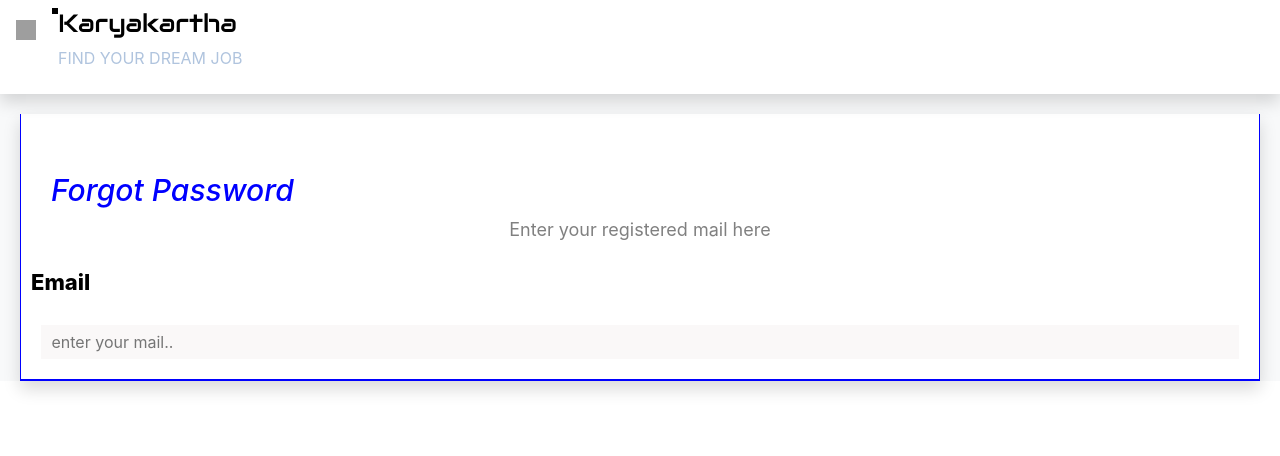
Repository: siri548/Karyakartha
Page: forgotPage.html
The author's editor kept a copy of each file at every save. The page is drawn from the files as they stood at one save, then again after a run of saves.
The browser window is 1280 px wide. The pictures show the whole page.
Pictures or frames that could not be fetched are drawn as grey boxes.

Above is the page before, as saved 2023-11-04 17:50:17.
Console error (its wording comes from the project's code and is left out).

### forgotPage.html
<!DOCTYPE html>
<html lang="en">

<head>
    <meta charset="UTF-8">
    <meta name="viewport" content="width=device-width, initial-scale=1.0">
    <link rel="stylesheet" href="https://cdn.jsdelivr.net/npm/bootstrap@4.6.2/dist/css/bootstrap.min.css">
    <link rel="stylesheet" href="https://cdnjs.cloudflare.com/ajax/libs/font-awesome/6.4.0/css/all.min.css">

    <script src="https://cdn.jsdelivr.net/npm/bootstrap@4.6.2/dist/js/bootstrap.bundle.min.js" integrity="sha384-Fy6S3B9q64WdZWQUiU+q4/2Lc9npb8tCaSX9FK7E8HnRr0Jz8D6OP9dO5Vg3Q9ct" crossorigin="anonymous"></script>
    <script src="https://cdn.jsdelivr.net/npm/jquery@3.5.1/dist/jquery.slim.min.js" integrity="sha384-DfXdz2htPH0lsSSs5nCTpuj/zy4C+OGpamoFVy38MVBnE+IbbVYUew+OrCXaRkfj" crossorigin="anonymous"></script>
    <script src="https://cdn.jsdelivr.net/npm/popper.js@1.16.1/dist/umd/popper.min.js" integrity="sha384-9/reFTGAW83EW2RDu2S0VKaIzap3H66lZH81PoYlFhbGU+6BZp6G7niu735Sk7lN" crossorigin="anonymous"></script>

    <link rel="stylesheet" href="https://fonts.googleapis.com/css?family=Audiowide">

    <link rel="stylesheet" text="css/text" href="forgotPage.css">
</head>

<body>
    <div class="bg-forgotPage bg-light">
        <nav class="navbar navbar-expand-lg navbar-light bg-white shadow">
            <div class="d-flex flex-row justify-content-between">
                <div>
                    <a class=" navbar-brand " href="# ">
                        <i class="outer-icon bi bi-search ">
                      <img src = "D:\icons\trend.png " class = "inner-icon " />
                            </i>
                    </a>
                </div>
                <div class="forgotPage-verticlelineBrandname">
                </div>
                <div>
                    <h1 class="karykartaname">Karyakartha </h1>
                    <p class="karyakartha-tagline">FIND YOUR DREAM JOB</p>
                </div>
            </div> <button class=" navbar-toggler " type="button " data-toggle="collapse " data-target="#navbarNavAltMarkup " aria-controls="navbarNavAltMarkup " aria-expanded="false " aria-label="Toggle navigation ">
                    <span class="navbar-toggler-icon "></span>
                    </button>
            <div class="collapse navbar-collapse " id="navbarNavAltMarkup ">
                <div class="navbar-nav ml-auto ">
                    <a class="nav-link active " href="# ">
                        <span class="sr-only "></span>
                    </a>
                    <a class="nav-link " href="# "></a>
                    <a class="nav-link " href="# "></a>
                    <a class="nav-link " href="# "></a>
                </div>
            </div>
        </nav>
        <div class="forgotPage-card shadow">
            <div class="text-right ">

                <i class="forgotPage-closeIcon bi bi-x"></i>
            </div>

            <h1 class="forgotHeading ">Forgot Password</h1>
            <div class="text-center">
                <p class="forgotPage-para">Enter your registered mail here</p>
            </div>
            <div>
                <h1 class="forgotPage-emailHeading ">Email</h1>
            </div>
            <div class="forgotPage-inputContainer">
                <input type="text " placeholder=" enter your mail.." class="forgotPage-input">
                <div class="text-right "><i class="forgotPage-envelopeIcon bi bi-envelope-fill"></i>
                </div>
            </div>




</body>

</html>

### forgotPage.css
.bg-forgotpage {
    background-color: lightgrey;
}

.outer-icon {
    color: blue;
    width: 20px;
    height: 20px;
    background-size: cover;
}

.inner-icon {
    color: blue;
    font-size: 20px;
    width: 20px;
    height: 20px;
}

.forgotPage-verticlelineBrandname {
    width: 1px;
    height: 100%;
    background-color: black;
    padding: 3px;
}

.karykartaname {
    font-size: 25px;
    color: black;
    font-family: "Audiowide", sans-serif;
}

.forgotPage-card {
    background-color: white;
    border-color: blue;
    border-top: 0px;
    border-right: 1px solid blue;
    border-left: 1px solid blue;
    border-bottom: 2px solid blue;
    margin: 20px;
}

.forgotPage-closeIcon {
    color: black;
    font-size: 25px;
    padding-right: 10px;
}

.forgotHeading {
    color: blue;
    font-size: 30px;
    padding-left: 30px;
    padding-top: 20px;
    font-style: italic;
}

.karyakartha-tagline {
    color: lightsteelblue;
    font-size: 16px;
}

.forgotPage-para {
    color: grey;
    font-size: 18px;
}

.forgotPage-emailHeading {
    color: black;
    font-weight: 800;
    font-size: 22px;
    padding: 10px;
}

.forgotPage-envelopeIcon {
    color: rgb(29, 20, 20);
    font-size: 18px;
}

.forgotPage-inputContainer {
    background-color: rgb(250, 248, 248);
    padding: 4px;
    margin: 20px;
}

.forgotPage-input {
    background-color: rgb(250, 248, 248);
    border-width: 0px;
}

After the next 4 saves:
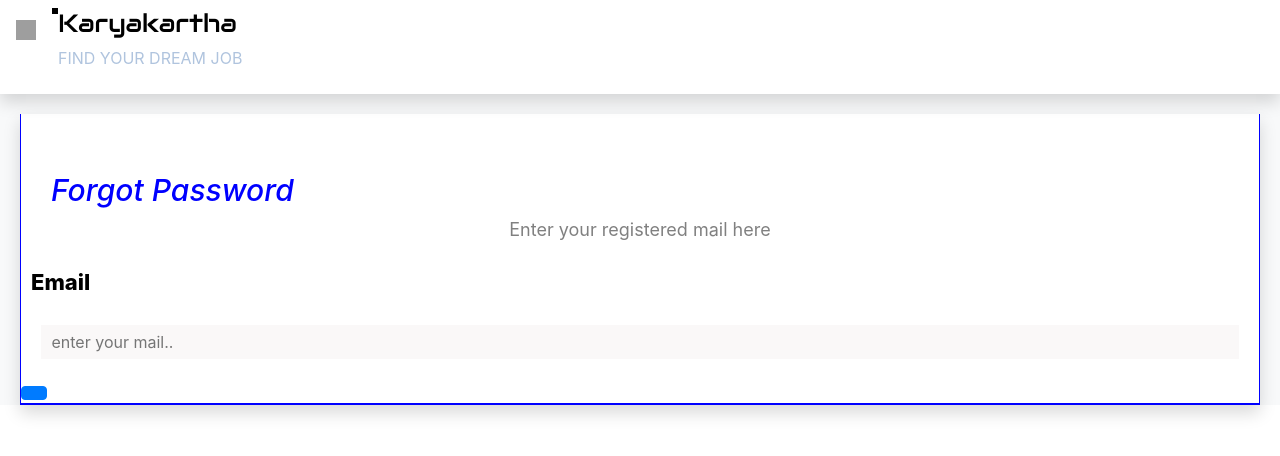
The 4 saves are shown as one change because they came seconds apart.
The last was saved 15 s later.
--- a/forgotPage.html
+++ b/forgotPage.html
@@ -65,10 +65,6 @@
                 <div class="text-right "><i class="forgotPage-envelopeIcon bi bi-envelope-fill"></i>
                 </div>
             </div>
-
-
-
-
-</body>
+            <button class="btn btn-primary"></button> </body>
 
 </html>
